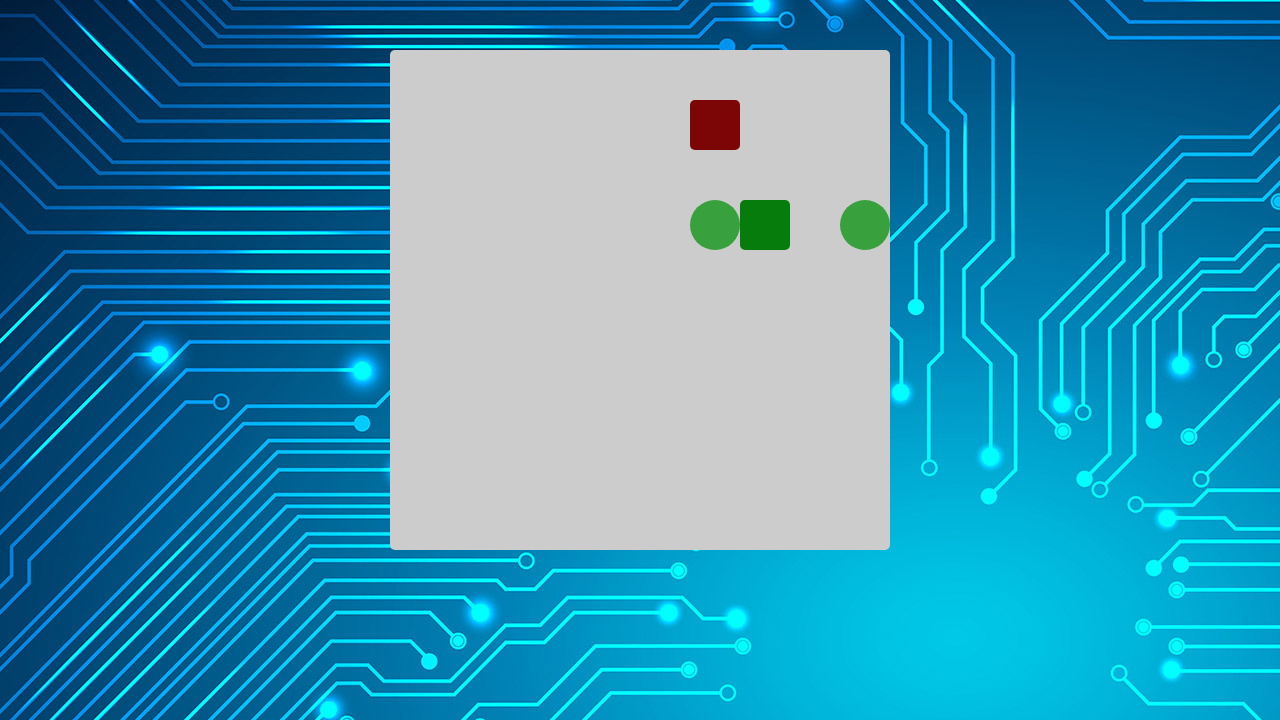
Repository: elvinyeka/SnakeGame
Page: index.html
These files come from the project's save history. The page is drawn as it stood at one moment and after the next save; the edit follows.
The browser window is 1280 px wide. The pictures show the whole page.

Above is the page before, as saved 2020-11-08 01:18:58.

### index.html
<!DOCTYPE html>
<html lang="en">
<head>
    <meta charset="UTF-8">
    <meta name="viewport" content="width=device-width, initial-scale=1.0">
    <link rel="stylesheet" href="css/style.css">
    <title>Snake Game</title>
</head>
<body>
    <script src="js/snake.js"></script>
</body>
</html>

### css/style.css
* {
    box-sizing: border-box;
}

body {
    margin: 50px;
    background-image: url(../img/bg-digital.jpg);
}

.ground {
    width: 500px;
    height: 500px;
    margin: 0 auto;
    display: flex;
    flex-wrap: wrap;
    background-color: #cccccc;
    border-radius: 5px;
}

.box{
    width:50px;
    height: 50px;
    padding:5px;
}

.snakeBody {
    background-color: #38a03d;
    background-size: cover;
    border-radius: 50%;
}

.snakeHead {
    background-color: #067c0c;
    background-size: cover;
    border-radius: 10%;
}

.food {
    background-color: #7c0606;
    background-size: cover;
    border-radius: 10%;

}

### js/snake.js
var ground = document.createElement('div');
document.body.appendChild(ground);
ground.classList.add('ground');


for(var i=0; i < 101; i++) {
    var box = document.createElement('div');
    ground.appendChild(box);
    box.classList.add('box');

}

var box = document.getElementsByClassName('box');
var x = 1,
    y = 10;

for(var i=0; i< box.length; i++) {
    if(x>10) {
        x = 1;
        y--;
    }
    box[i].setAttribute('posX', x);
    box[i].setAttribute('posY', y);
    x++;
}


function generateSnake() {
    var posX = Math.round(Math.random() * (10 - 3) + 3);
    var posY = Math.round(Math.random() * (10 - 1) + 1);
    return [posX, posY];
}

var coordinates = generateSnake();
var snakeBody  = [document.querySelector('[posX = "' + coordinates[0] + '"][posY = "' + coordinates[1] + '"]'),
document.querySelector('[posX = "' + (coordinates[0] - 1) + '"][posY = "' + coordinates[1] + '"]'),
document.querySelector('[posX = "' + (coordinates[0] - 2) + '"][posY = "' + coordinates[1] + '"]')];

for(var i = 0; i < snakeBody.length; i++) {
    snakeBody[i].classList.add('snakeBody');
}

snakeBody[0].classList.add('snakeHead');

var food;

function createFood() {
    function generateFood() {
        var posX = Math.round(Math.random() * (10 - 3) + 3);
        var posY = Math.round(Math.random() * (10 - 1) + 1);
        return [posX, posY];
    }

    var foodCoordinates = generateFood();
    food = document.querySelector('[posX = "' + foodCoordinates[0] + '"][posY = "' + foodCoordinates[1] + '"]');

    while(food.classList.contains('snakeBody')) {
        var foodCoordinates = generateFood();
        food = document.querySelector('[posX = "' + foodCoordinates[0] + '"][posY = "' + foodCoordinates[1] + '"]');
    }
    food.classList.add('food');
}

createFood();


function move() {
    var snakeCoordinates = [snakeBody[0].getAttribute('posX'), snakeBody[0].getAttribute('posY')];
    snakeBody[0].classList.remove('snakeHead');
    snakeBody[snakeBody.length - 1].classList.remove('snakeBody');
    snakeBody.pop();

    if (snakeCoordinates[0] < 10) {
        snakeBody.unshift(document.querySelector('[posX = "' + ( + snakeCoordinates[0] + 1) + '"][posY = "' + snakeCoordinates[1] + '"]'));
    }else {
        snakeBody.unshift(document.querySelector('[posX = "' + snakeCoordinates[1] + '"][posY = "' + snakeCoordinates[1] + '"]'));
    }


    snakeBody[0].classList.add('snakeHead');
    for(var i = 0; i < snakeBody.length; i++) {
        snakeBody[i].classList.add('snakeBody');
    }
}

var interval  = setInterval(move, 300);

After the next save:
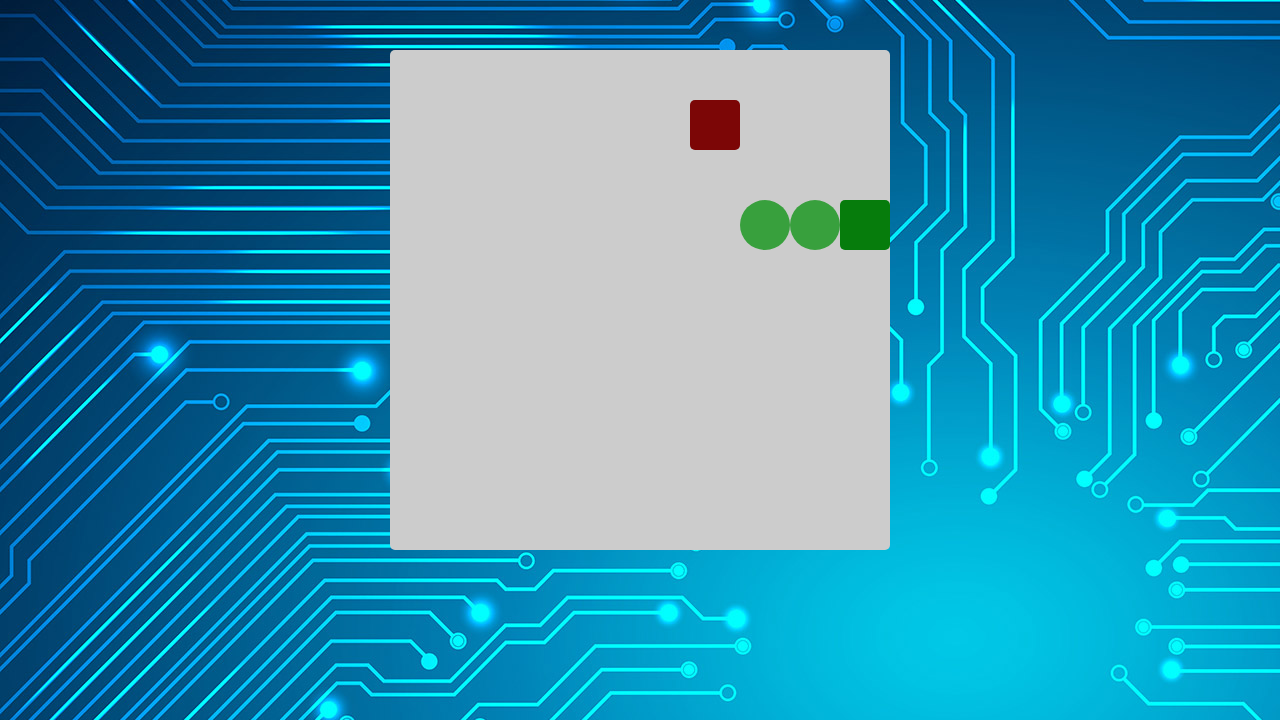
Saved 96 s later.
--- a/js/snake.js
+++ b/js/snake.js
@@ -73,7 +73,7 @@ function move() {
     if (snakeCoordinates[0] < 10) {
         snakeBody.unshift(document.querySelector('[posX = "' + ( + snakeCoordinates[0] + 1) + '"][posY = "' + snakeCoordinates[1] + '"]'));
     }else {
-        snakeBody.unshift(document.querySelector('[posX = "' + snakeCoordinates[1] + '"][posY = "' + snakeCoordinates[1] + '"]'));
+        snakeBody.unshift(document.querySelector('[posY = "' + snakeCoordinates[1] + '"]'));
     }
 
 
